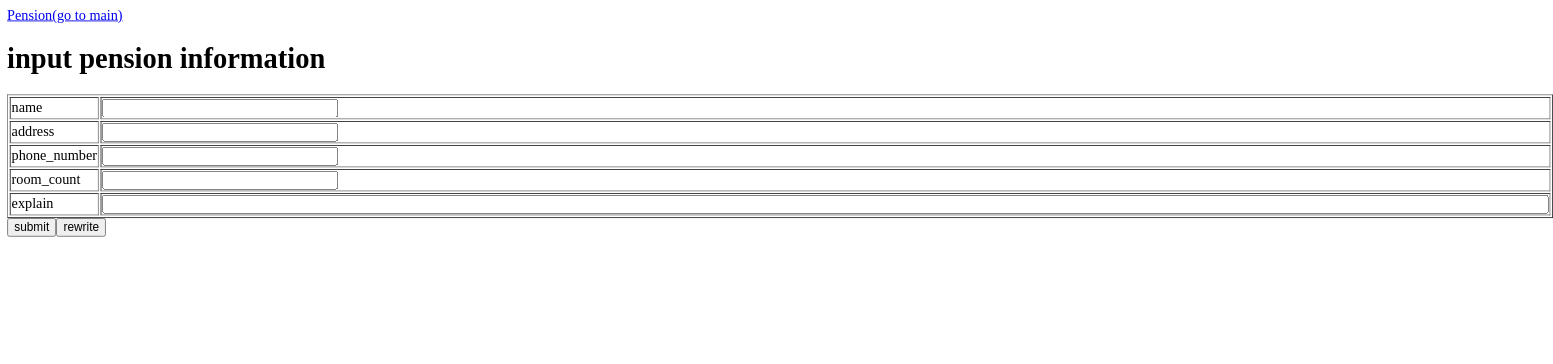
Repository: spero-spera/termproject
Page: http://localhost/pension/pension.php
The author's editor kept a record of every edit. The page is drawn from the files as they stood at one moment, then again after the next edit.
The browser window is 1280 px wide. The page is 1745 px wide, so the pictures cover 1745 px, including what lies to the right of the window. The pictures show the whole page, at 89% of full size.
The page is run by PHP 8.4 with error messages shown; the project is at /var/www/html/.

Above is the page before.

### pension/pension.php
<div id="home"><a href="../index.php">Pension(go to main)</a></div>

<doctype html>

<html>
<head>
<title>pension add page</title>
</head>
<body>
<form name="add" method="post" action="pension_add.php">
 <h1>input pension information</h1>
 <table border="1">
  <tr>
   <td>name</td>
   <td><input type="text" size="30" name="name"></td>
  </tr>
  <tr>
   <td>address</td>
   <td><input type="text" size="30" name="address"></td>
  </tr>
  <tr>
  <td>phone_number</td>
   <td><input type="text" size="30" name="phone"></td>
  </tr>
  <tr>
  <td>room_count</td>
   <td><input type="text" size="30" name="count"></td>
  </tr>
  <tr>
  <td>explain</td>
   <td><input type="text" size="200" name="expl"></td>
  </tr>
 </table>
 <input type=submit value="submit"><input type=reset value="rewrite">
</form>
</body>
</html>

After the next edit:
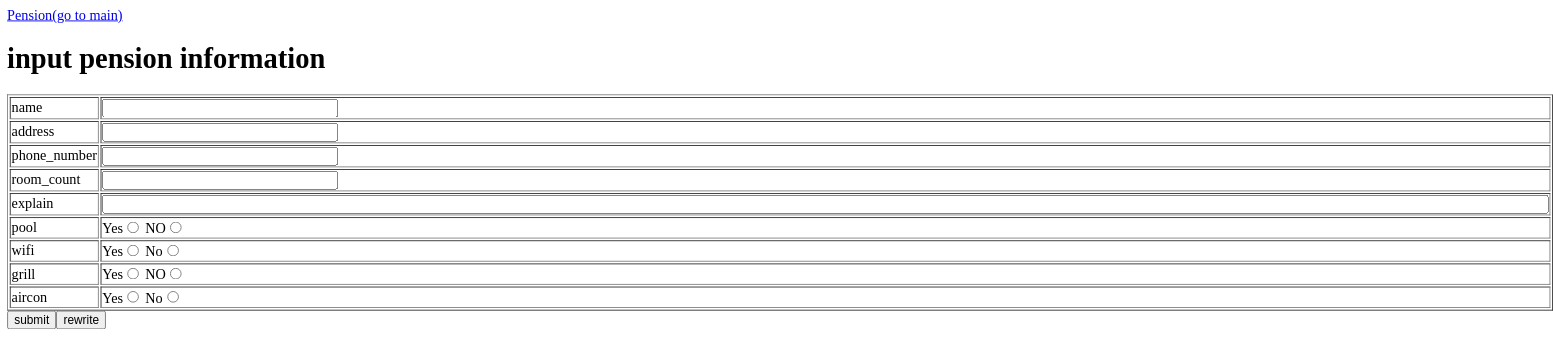
The edit:
--- a/pension/pension.php
+++ b/pension/pension.php
@@ -30,6 +30,26 @@
   <td>explain</td>
    <td><input type="text" size="200" name="expl"></td>
   </tr>
+  <tr>
+   <td>pool</td>
+   <td>Yes<input type="radio" size="5" value="1" name="TV">
+   NO<input type="radio" size="5" value="0" name="TV"></td>
+  </tr>
+  <tr>
+   <td>wifi</td>
+   <td>Yes<input type="radio" size="5" value="1" name="wifi">
+   No<input type="radio" size="5" value="0" name="wifi"></td>
+  </tr>
+  <tr>
+   <td>grill</td>
+   <td>Yes<input type="radio" size="5" value="1" name="grill">
+   NO<input type="radio" size="5" value="0" name="grill"></td>
+  </tr>
+  <tr>
+   <td>aircon</td>
+   <td>Yes<input type="radio" size="5" value="1" name="aircon">
+   No<input type="radio" size="5" value="0" name="aircon"></td>
+  </tr>
  </table>
  <input type=submit value="submit"><input type=reset value="rewrite">
 </form>
